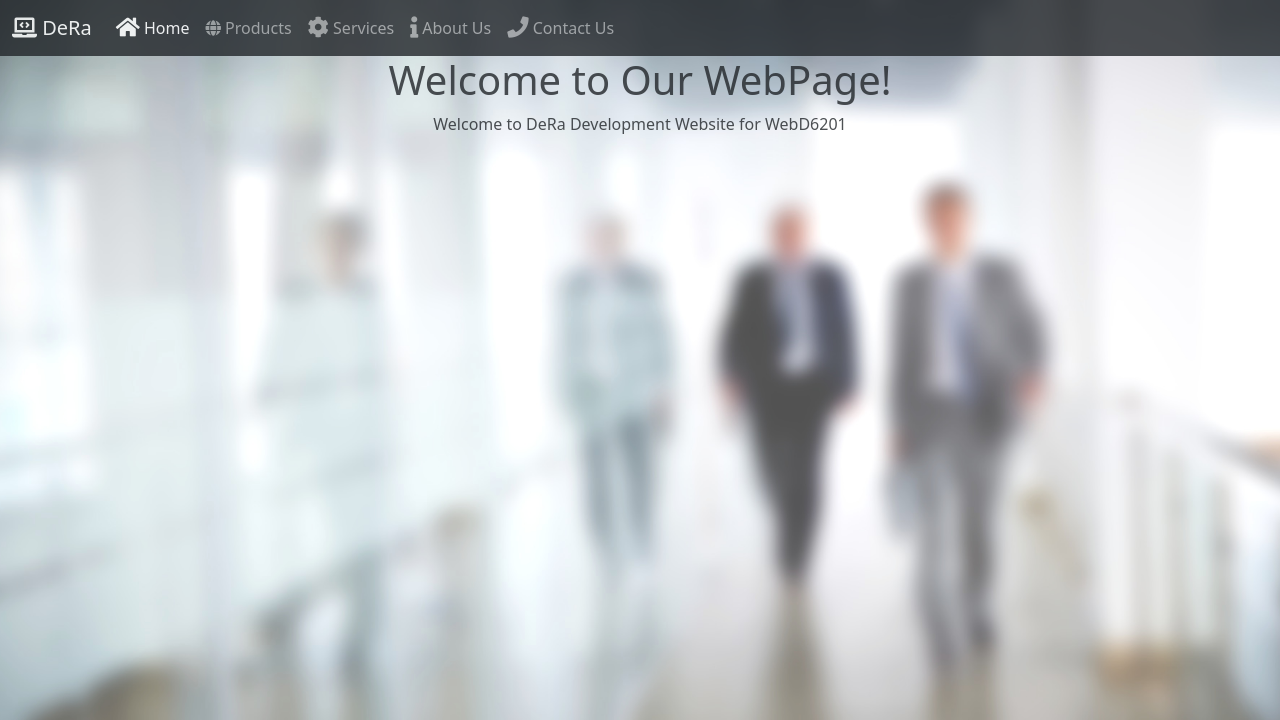
Repository: deividwsantoss/web6201-Lab1
Page: index.html
An editor plug-in stored every save of this project. The page is shown before and after the next save, followed by the edit.
The browser window is 1280 px wide. The pictures show the whole page.

Above is the page before, as saved 2021-02-02 22:25:39.

### index.html
<!DOCTYPE html>
<html lang="en">
<head>
    <meta charset="UTF-8">
    <meta name="viewport" content="width=device-width, initial-scale=1.0">
    <title>Home</title>
</head>
<!-- CSS SECTION-->
<link rel="stylesheet" href="./node_modules/bootstrap/dist/css/bootstrap.min.css">
<link rel="stylesheet" href="./node_modules/@fortawesome/fontawesome-free/css/all.min.css">
<link rel="stylesheet" href="./Content/app.css">

<body class="bg">
    <!-- Main Header-->
    <header>
        <!-- Main Navegation-->
        <nav class="navbar navbar-expand-lg navbar-dark bg-dark">
            <div class="container-fluid">
              <a class="navbar-brand" href="Index.html"><i class="fas fa-laptop-code"></i> DeRa</a>
              <button class="navbar-toggler" type="button" data-bs-toggle="collapse" data-bs-target="#navbarSupportedContent" aria-controls="navbarSupportedContent" aria-expanded="false" aria-label="Toggle navigation">
                <span class="navbar-toggler-icon"></span>
              </button>
              <div class="collapse navbar-collapse" id="navbarSupportedContent">
                <ul class="navbar-nav ml-auto mb-2 mb-lg-0">
                  <li class="nav-item">
                    <a class="nav-link active" aria-current="page" href="Index.html"><i class="fas fa-home fa-lg"></i> Home</a>
                  </li>
                  <li class="nav-item">
                    <a class="nav-link" aria-current="page" href="products.html"><i class="fas fa-globe"></i> Products</a>
                  </li>
                  <li class="nav-item">
                    <a class="nav-link" aria-current="page" href="services.html"><i class="fas fa-cog fa-lg"></i> Services</a>
                  </li>
                  <li class="nav-item">
                    <a class="nav-link" aria-current="page" href="about.html"><i class="fas fa-info fa-lg"></i> About Us</a>
                  </li>
                  <li class="nav-item">
                    <a class="nav-link" aria-current="page" href="contact.html"><i class="fas fa-phone fa-lg"></i> Contact Us</a>
                  </li>

                </ul>

              </div>
            </div>
          </nav>

    </header>

    <!-- Main Content-->
        <main class="container align-middle">
            <div class="text-md-center ">
            <h1> Welcome to Our WebPage! </h1>
            <p id="paragraphOne"> </p>
        </div>
        </main>

    <!--- Script Section-->
    <script src="./node_modules/bootstrap/dist/js/bootstrap.bundle.min.js"></script>
    <script src="./node_modules/jquery/dist/jquery.min.js"></script>
    <script src="./Scripts/app.js"></script>
</body>

</html>

### Content/app.css
/* Custom CSS goes here */
body,html{
    height: 100%;
    margin: 0;
}
.bg{
    background-image: url("Background-White.jpg");
    background-repeat: no-repeat;
    background-size: cover;
    background-position: center;
    opacity: 0.8;
}

.contactimage{
    background-image:url("contactimg.jpg");
    background-repeat: no-repeat;
    background-size: cover;
    background-position: center;
    opacity: 0.8;
}
.productsbg {
    background-image:url("productsbg.jpg");
    background-repeat: no-repeat;
    background-size: cover;
    background-position: center;
    opacity: 0.8;
}

.servicesbackgroud{
    background-image:url("services.jpg");
    background-repeat: no-repeat;
    background-size: cover;
    background-position: center;
    opacity: 0.8;
}
.aboutus{
    background-image:url("bgimage.jpg");
    background-repeat: no-repeat;
    background-size: cover;
    background-position: center;
    opacity: 0.8;
}

### Scripts/app.js
/* Custom JavaScript goes here */


"use strict";

(function(){

    function displayHome(){
        let paragraphOneText = "Welcome to DeRa Development Website for WebD6201";
        let paragraphOneElement = document.getElementById("paragraphOne");

        paragraphOneElement.textContent = paragraphOneText;
    }
    function displayAbout(){

    }
    function displayProducts(){

    }
    function displayServices(){

    }
    function displayContact(){

        let messageArea = document.getElementById("messageArea");
        messageArea.hidden = true;

        //Form Validation...

        let fullName = document.getElementById("fullName");
        fullName.addEventListener("blur", function(){
            if(fullName.value.length < 2){
                fullName.focus;
                fullName.select();
                messageArea.hidden = false;
                messageArea.className = "alert alert-danger";
                messageArea.textContent = "Please, Enter an appropriate name."
            }
            else{
                messageArea.removeAttribute("Class");
                messageArea.hidden = true;
            }
        });

        let sendButton = document.getElementById("sendButton");
        sendButton.addEventListener("click", function(event){
            event.preventDefault();
        });

    }


    function Start(){
        console.log("App Start...");

        switch (document.title) {

            case 'Home':
                displayHome();
                break;
            case 'About':
                displayAbout();
                break;
            case 'Products':
                displayProducts();
                break;
            case 'Services':
                displayServices();
                break;
            case 'Contact':
                displayContact();
                break;

        }
        displayHome();

    }
    window.addEventListener("load",Start);

})();

Loaded but not shown: node_modules/bootstrap/dist/css/bootstrap.min.css (library); node_modules/@fortawesome/fontawesome-free/css/all.min.css (library); node_modules/bootstrap/dist/js/bootstrap.bundle.min.js (library); node_modules/jquery/dist/jquery.min.js (library)

After the next save:
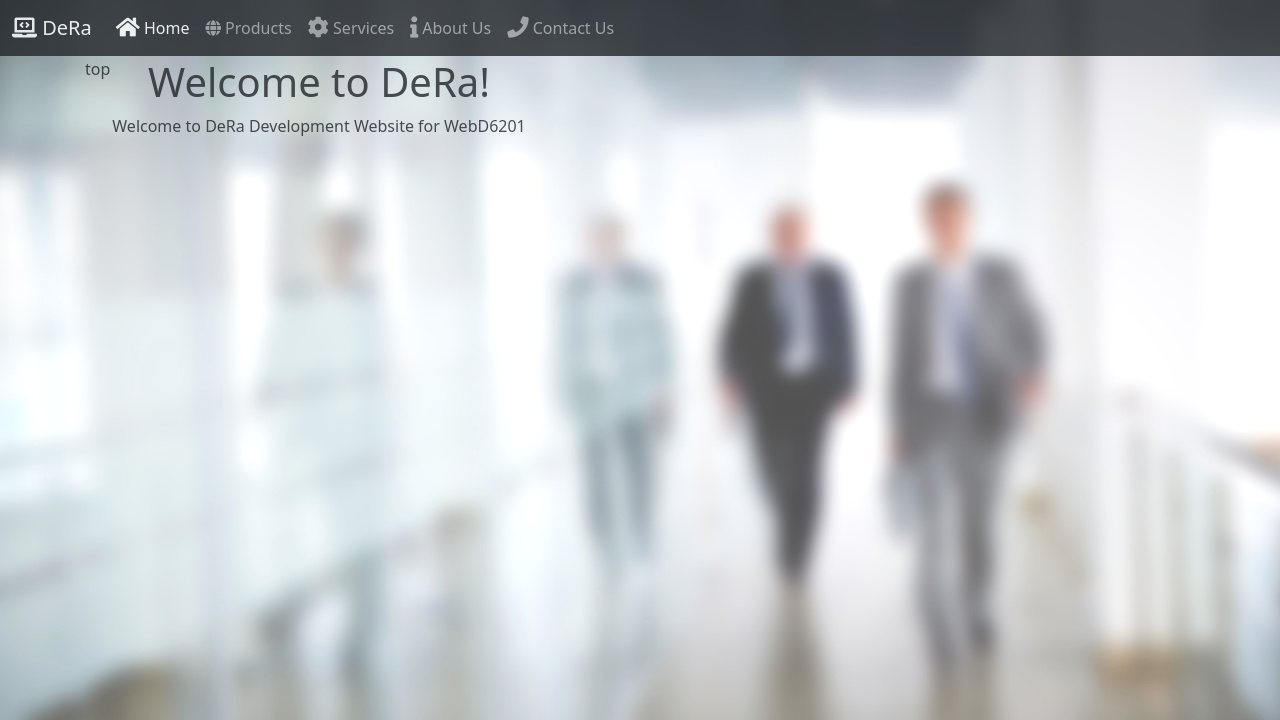
Saved 2 min 5 s later.
--- a/index.html
+++ b/index.html
@@ -48,9 +48,23 @@
 
     <!-- Main Content-->
         <main class="container align-middle">
-            <div class="text-md-center ">
-            <h1> Welcome to Our WebPage! </h1>
-            <p id="paragraphOne"> </p>
+            <div class="text-md-center">
+
+
+            <table style="height: 100px;">
+              <tbody>
+                <tr>
+                  <td class="align-baseline"></td>
+                  <td class="align-top">top</td>
+                  <td class="align-middle" >
+                    <h1> Welcome to DeRa! </h1>
+                    <p id="paragraphOne"> </p></td>
+                  <td class="align-bottom"></td>
+                  <td class="align-text-top"></td>
+                  <td class="align-text-bottom"></td>
+                </tr>
+              </tbody>
+            </table>
         </div>
         </main>
 

After the save that followed:
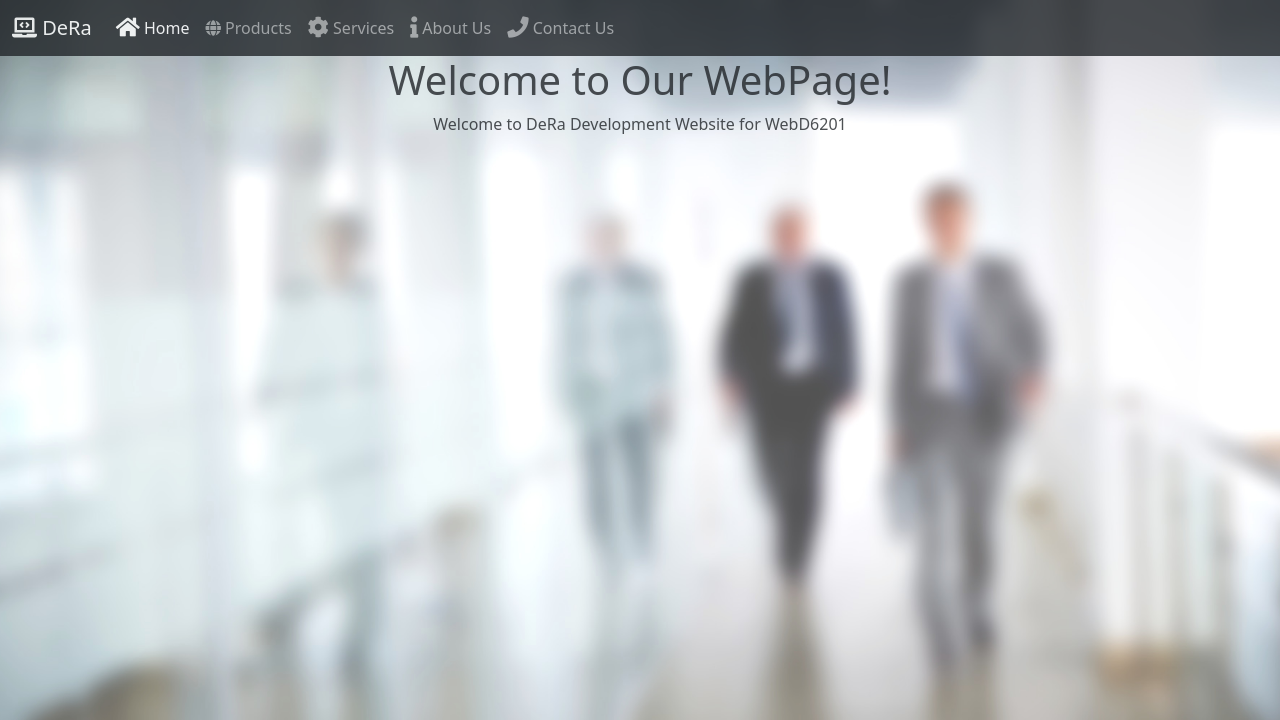
Saved 68 s later.
--- a/index.html
+++ b/index.html
@@ -49,22 +49,10 @@
     <!-- Main Content-->
         <main class="container align-middle">
             <div class="text-md-center">
-
-
-            <table style="height: 100px;">
-              <tbody>
-                <tr>
-                  <td class="align-baseline"></td>
-                  <td class="align-top">top</td>
-                  <td class="align-middle" >
-                    <h1> Welcome to DeRa! </h1>
-                    <p id="paragraphOne"> </p></td>
-                  <td class="align-bottom"></td>
-                  <td class="align-text-top"></td>
-                  <td class="align-text-bottom"></td>
-                </tr>
-              </tbody>
-            </table>
+                <div class="align-middle">
+            <h1> Welcome to Our WebPage! </h1>
+            <p id="paragraphOne"> </p>
+          </div>
         </div>
         </main>
 
